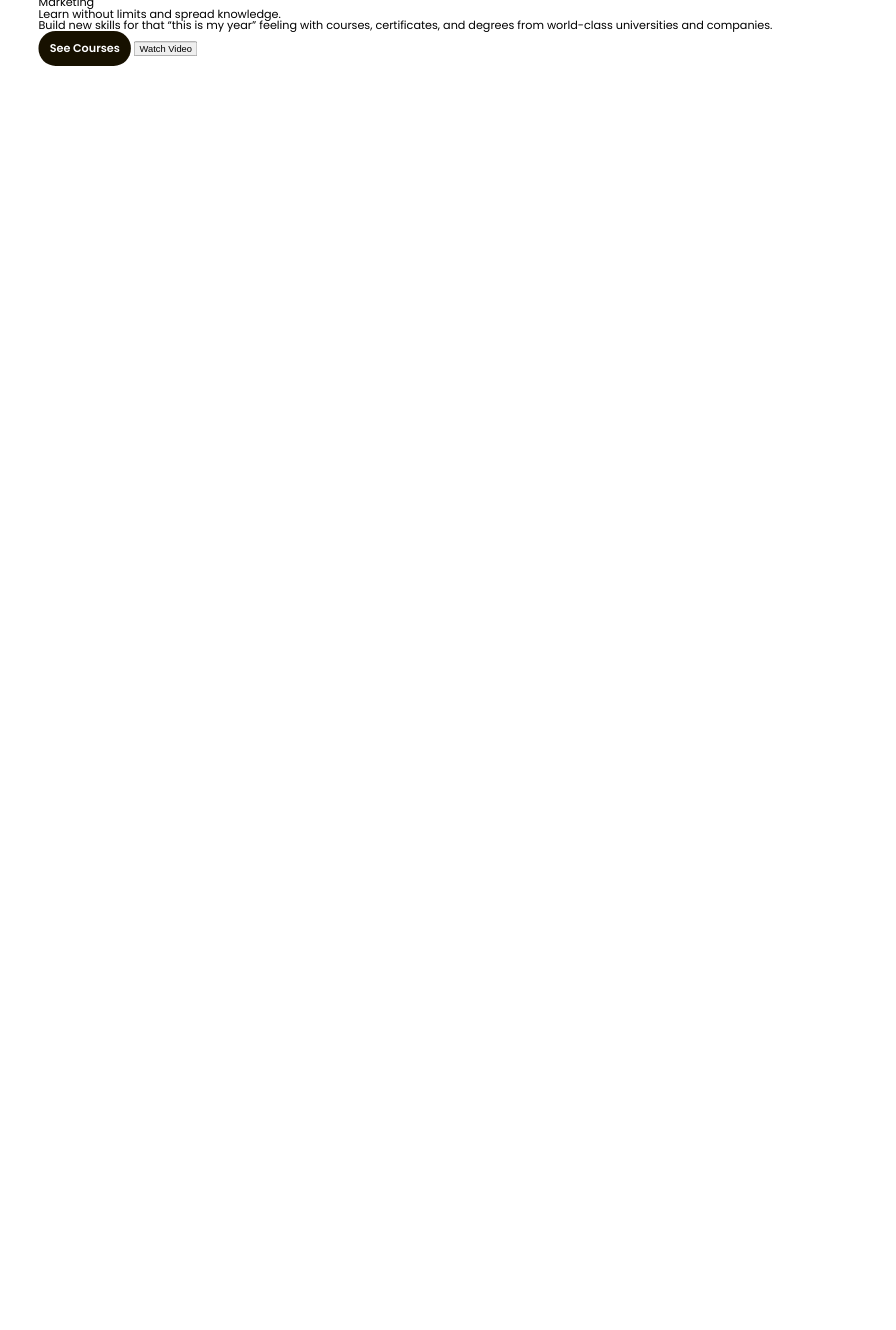
Repository: ynguyen1512/htmlcss-project-02
Page: index.html
These files come from the project's save history. The page is drawn as it stood at one moment and after the next save; the edit follows.
The browser window is 1280 px wide. The pictures show the part of the page from y = 1223 to 3123 px (the page is 5000 px tall), at 70% of full size.
A picture or video elsewhere on the page could not be fetched, so the positions and the page height are approximate.

Above is the page before, as saved 2023-02-20 20:12:18.

After the next save:
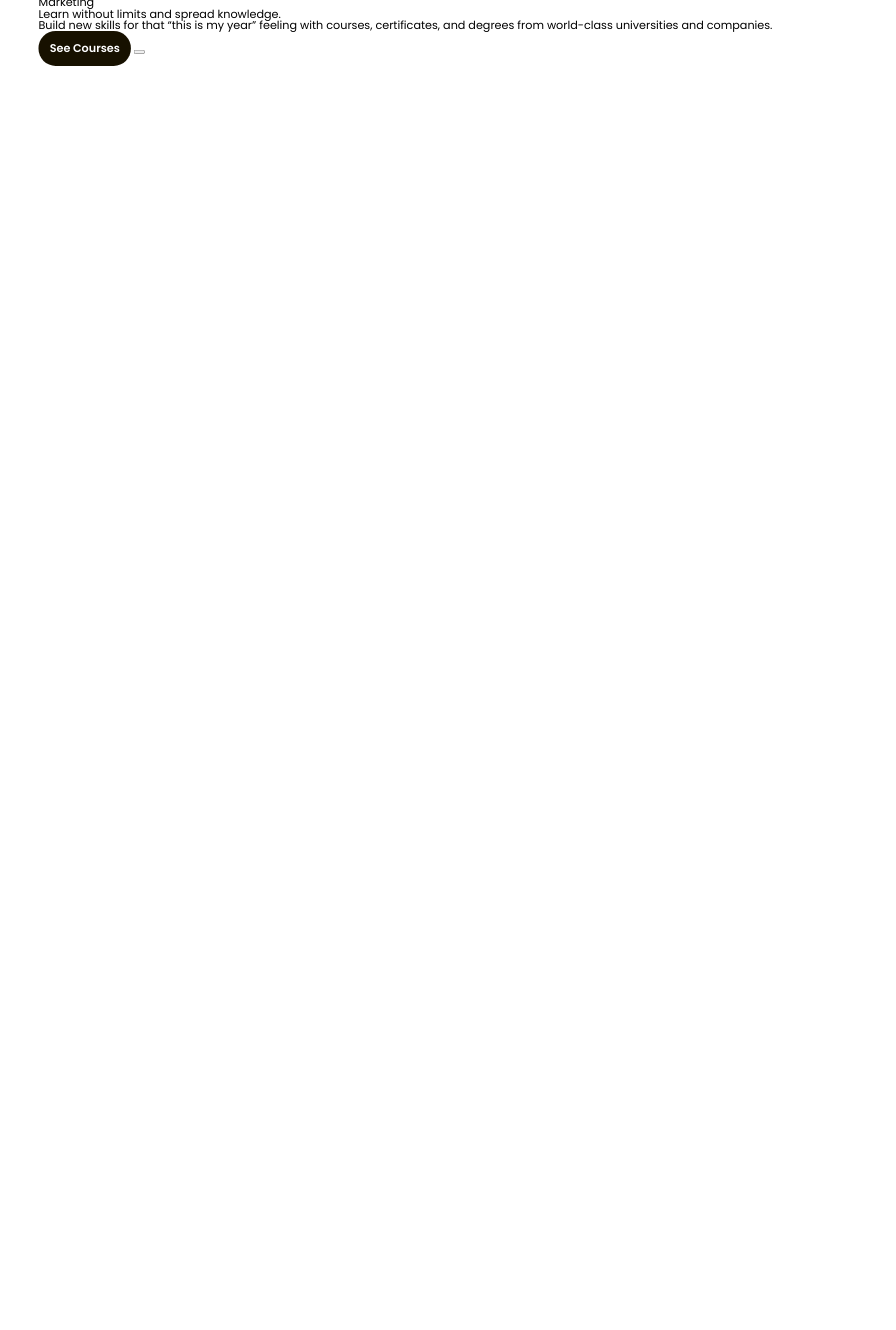
Saved 17 s later.
--- a/index.html
+++ b/index.html
@@ -88,7 +88,11 @@
                              universities and companies.</p>
                         <div class="cta-group">
                             <a href="" class="btn">See Courses</a>
-                            <button class="watch-video">Watch Video</button>
+                            <button class="watch-video">
+                                <div class="icon">
+
+                                </div>
+                            </button>
                         </div>
                     </div>
                 </div>
